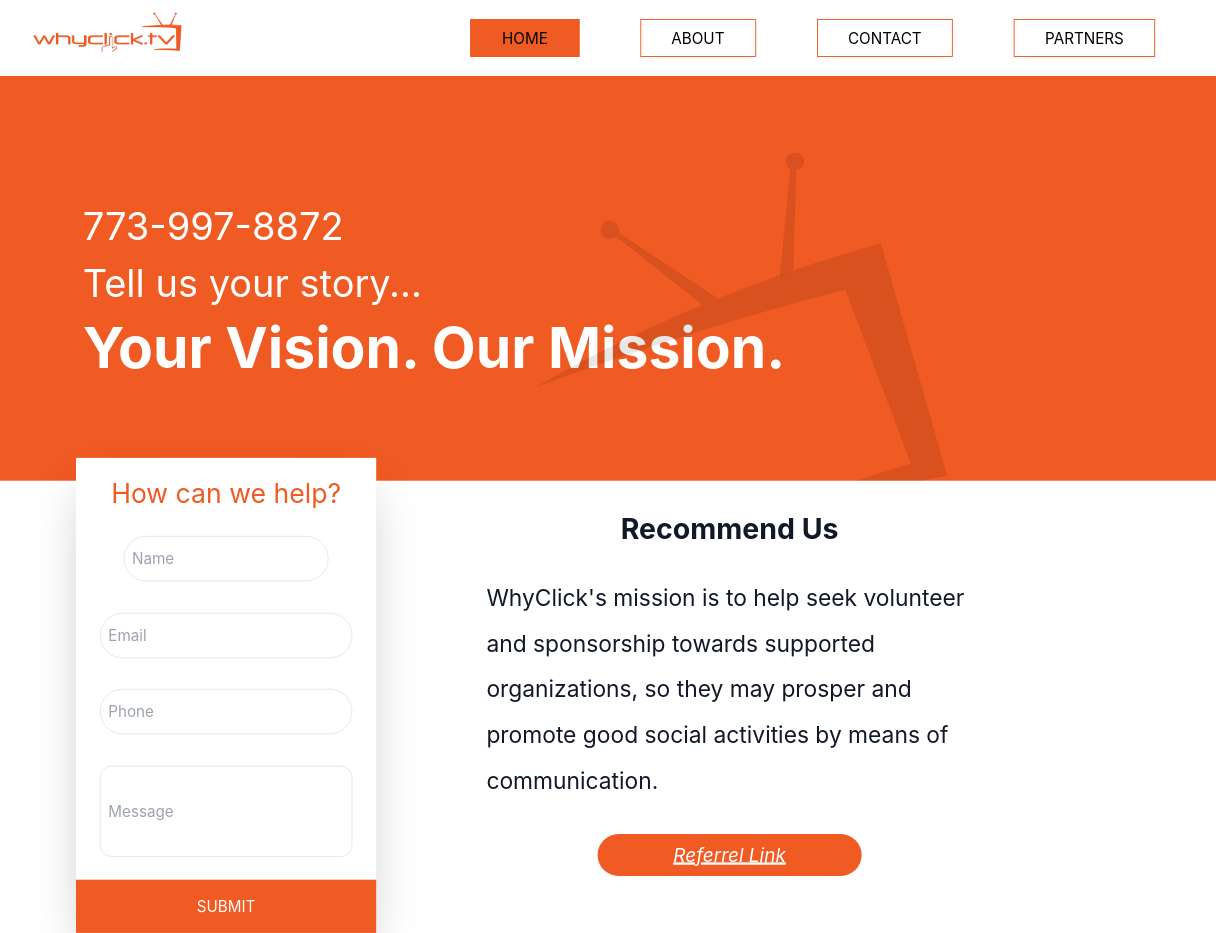
Repository: legenddev1202/whyclicktv
Page: /
These files come from the project's save history. The page is drawn as it stood at one moment and after the next save; the edit follows.
The browser window is 1280 px wide. The pictures show the whole page, at 95% of full size.
The project was rebuilt for these pictures with package versions that can differ from the ones it lists, and the page was loaded fresh each time. Also part of the build but not shown: src/App.css, src/pages/about.js, src/pages/contact.js, src/pages/partners.js, src/pages/referral.js.

Above is the page before, as saved 2022-03-31 13:05:52.

After the next save:
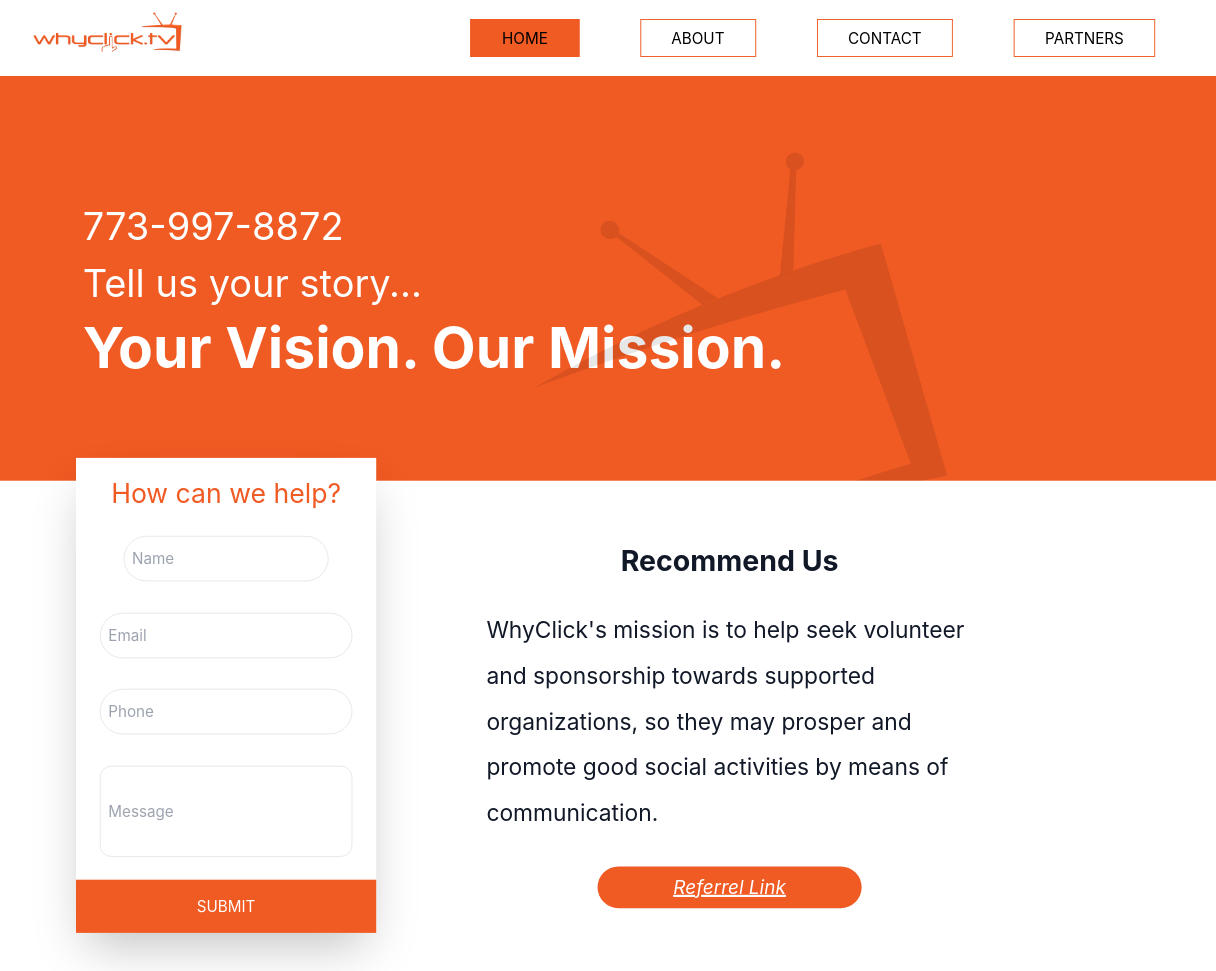
Saved 50 s later.
--- a/src/pages/home.js
+++ b/src/pages/home.js
@@ -66,7 +66,10 @@
           </div>
         </div>
       </div>
-      <div className="w-full h-full p-8 pl-72 flex flex-col items-center justify-center relative">
+      <div
+        className="w-full p-8 pl-72 flex flex-col items-center justify-center relative"
+        style={{ height: 516 }}
+      >
         <div className="text-3xl font-bold text-gray-900">Recommend Us</div>
         <div className="text-2xl max-w-lg pt-8 leading-loose text-gray-900">
           WhyClick's mission is to help seek volunteer and sponsorship towards
